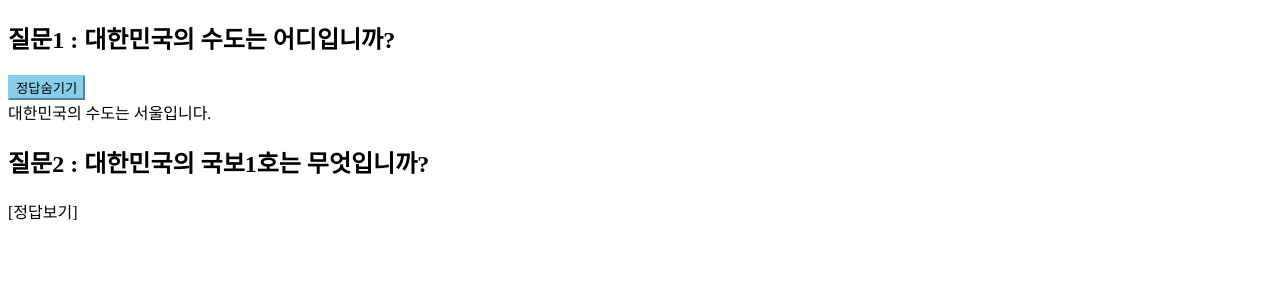
Repository: yoojisoo/YONSAI
Page: http://localhost/teatJava/html/script05.jsp
These files come from the project's save history. The page is drawn as it stood at one moment and after the next save; the edit follows.
The browser window is 1280 px wide. The pictures show the whole page.
After loading, the first visible `button.q1` was clicked once.
The page is served by Tomcat 9.

Above is the page before, as saved 2021-08-20 06:13:54.

After the next save:
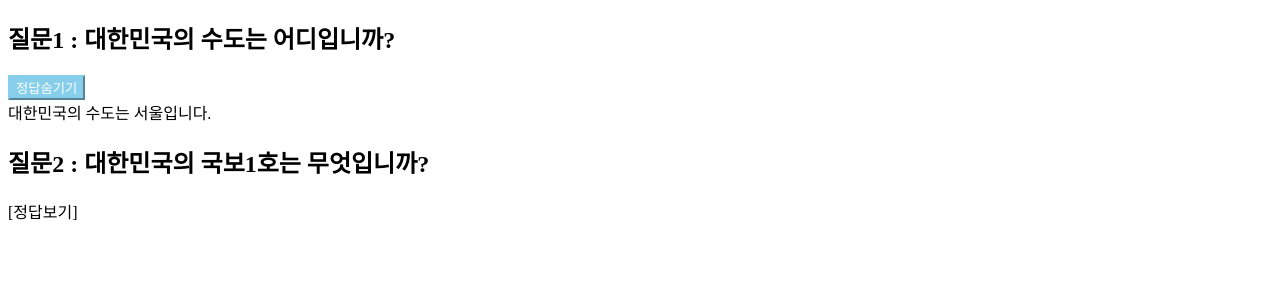
Saved 18 s later.
--- a/jsworkspace/teatJava/src/main/webapp/html/script05.jsp
+++ b/jsworkspace/teatJava/src/main/webapp/html/script05.jsp
@@ -15,7 +15,7 @@
 				if(count1%2==1){
 					$("ans.q1").show();
 					$("button.q1").text("정답숨기기");
-					$("button.q1").css({"background-color":"skyblue","border-color":"skyblue"});
+					$("button.q1").css({"background-color":"skyblue","border-color":"skyblue","color":"white"});
 
 				}else{
 					$("ans.q1").hide();
